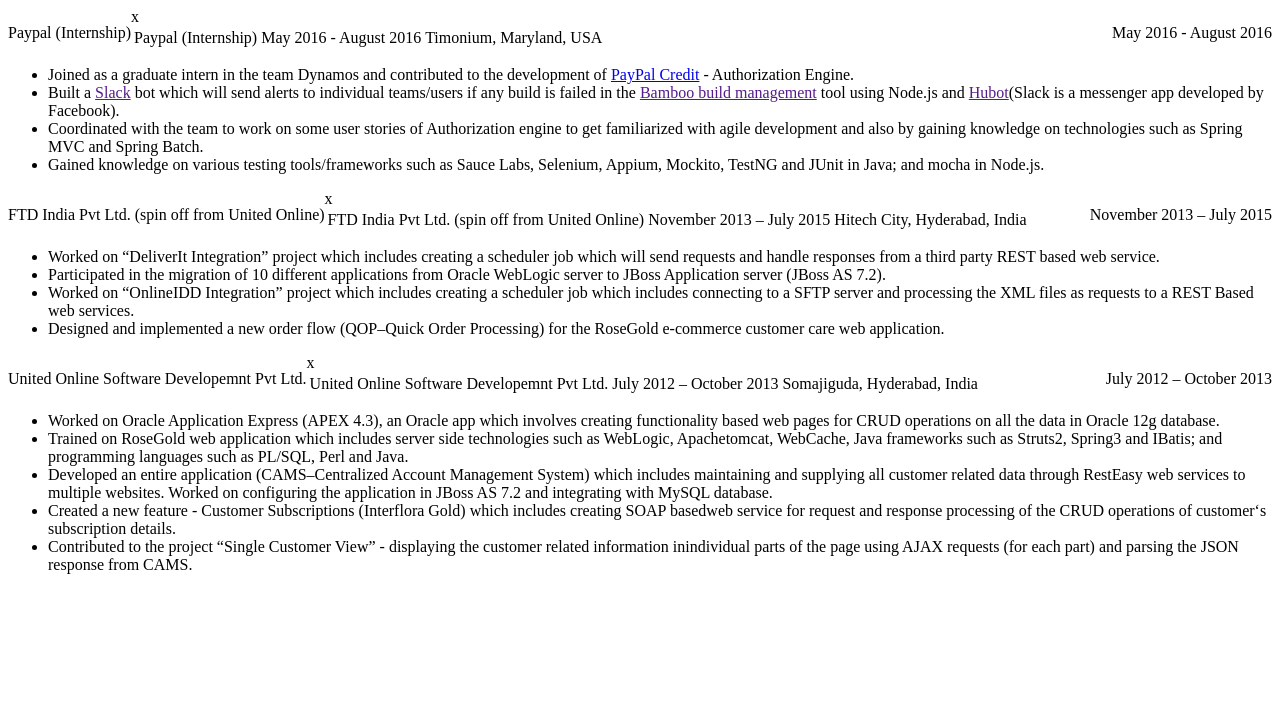
Repository: phanindrakannaji/Resume
Page: http://localhost/application/pages/experience.php
These files come from the project's save history. The page is drawn as it stood at one moment and after the next save; the edit follows.
The browser window is 1280 px wide. The pictures show the whole page.
The page is run by PHP 8.4 with error messages shown; the project is at /var/www/html/.

Above is the page before, as saved 2016-09-25 17:09:10.
Console error: ReferenceError: $ is not defined

### Resume/application/pages/experience.php
<script type="text/javascript"
	src="../resources/scripts/refreshScript.js"></script>
<div class="divExperience customfont2">
	<div class="divExperienceHeading">
		<p class="expHeading" style="float: left;">Paypal (Internship)</p>
		<p class="expHeadingContent" style="float: right;">May 2016 - August
			2016</p>
	</div>
	<div class="divExperienceWork modal">
		<div class="modal-content">
			<span class="close">x</span>
			<table>
				<tr>
					<td>Paypal (Internship)</td>
					<td>May 2016 - August 2016</td>
					<td>Timonium, Maryland, USA</td>
				</tr>
			</table>
			<ul>
				<li>Joined as a graduate intern in the team Dynamos and contributed
					to the development of <a
					href="https://en.wikipedia.org/wiki/PayPal_Credit" target="blank">PayPal
						Credit</a> - Authorization Engine.
				</li>
				<li>Built a <a href="" target="blank">Slack</a> bot which will send
					alerts to individual teams/users if any build is failed in the <a
					href="" target="blank">Bamboo build management</a> tool using
					Node.js and <a href="" target="blank">Hubot</a>(Slack is a
					messenger app developed by Facebook).
				</li>
				<li>Coordinated with the team to work on some user stories of
					Authorization engine to get familiarized with agile development and
					also by gaining knowledge on technologies such as Spring MVC and
					Spring Batch.</li>
				<li>Gained knowledge on various testing tools/frameworks such as
					Sauce Labs, Selenium, Appium, Mockito, TestNG and JUnit in Java;
					and mocha in Node.js.</li>
			</ul>
		</div>
	</div>
</div>

<div class="divExperience customfont2">
	<div class="divExperienceHeading">
		<p class="expHeading" style="float: left;">FTD India Pvt Ltd. (spin off from United Online)</p>
		<p class="expHeadingContent" style="float: right;">November 2013 –
			July 2015</p>
	</div>
	<div class="divExperienceWork modal">
		<div class="modal-content">
			<span class="close">x</span>
			<table>
				<tr>
					<td>FTD India Pvt Ltd. (spin off from United Online)</td>
					<td>November 2013 – July 2015</td>
					<td>Hitech City, Hyderabad, India</td>
				</tr>
			</table>


			<ul>
				<li>Worked on “DeliverIt Integration” project which includes
					creating a scheduler job which will send requests and handle
					responses from a third party REST based web service.</li>
				<li>Participated in the migration of 10 different applications from
					Oracle WebLogic server to JBoss Application server (JBoss AS 7.2).</li>
				<li>Worked on “OnlineIDD Integration” project which includes
					creating a scheduler job which includes connecting to a SFTP server
					and processing the XML files as requests to a REST Based web
					services.</li>
				<li>Designed and implemented a new order flow (QOP–Quick Order
					Processing) for the RoseGold e-commerce customer care web
					application.</li>
			</ul>
		</div>
	</div>
</div>

<div class="divExperience customfont2">
	<div class="divExperienceHeading">
		<p class="expHeading" style="float: left;">United Online Software Developemnt Pvt Ltd.</p>
		<p class="expHeadingContent" style="float: right;">July 2012 – October
			2013</p>
	</div>
	<div class="divExperienceWork modal">
		<div class="modal-content">
			<span class="close">x</span>
			<table>
				<tr>
					<td>United Online Software Developemnt Pvt Ltd.</td>
					<td>July 2012 – October 2013</td>
					<td>Somajiguda, Hyderabad, India</td>
				</tr>
			</table>
			<ul>
				<li>Worked on Oracle Application Express (APEX 4.3), an Oracle app
					which involves creating functionality based web pages for CRUD
					operations on all the data in Oracle 12g database.</li>
				<li>Trained on RoseGold web application which includes server side
					technologies such as WebLogic, Apachetomcat, WebCache, Java
					frameworks such as Struts2, Spring3 and IBatis; and programming
					languages such as PL/SQL, Perl and Java.</li>
				<li>Developed an entire application (CAMS–Centralized Account
					Management System) which includes maintaining and supplying all
					customer related data through RestEasy web services to multiple
					websites. Worked on configuring the application in JBoss AS 7.2 and
					integrating with MySQL database.</li>
				<li>Created a new feature - Customer Subscriptions (Interflora Gold)
					which includes creating SOAP basedweb service for request and
					response processing of the CRUD operations of customer‘s
					subscription details.</li>
				<li>Contributed to the project “Single Customer View” - displaying
					the customer related information inindividual parts of the page
					using AJAX requests (for each part) and parsing the JSON response
					from CAMS.</li>
			</ul>
		</div>
	</div>
</div>
<script type="text/javascript" src="../resources/scripts/experience.js"></script>

### Resume/resources/scripts/refreshScript.js
$(document).ready(function(){
	$("#commandInput").keypress(function(e){
		keypressInBox(e);
	});
	$("#commandInput").focus();
})

### Resume/resources/scripts/experience.js
$(document).ready(function(){
	$('.divExperienceHeading').click(function(){
		$(this).parent().children().last().css("display", "block");
	});
	var span = $(".close")[0];
	$(".close").click(function() {
	    $(this).parent().parent().css("display", "none");
	});
});

After the next save:
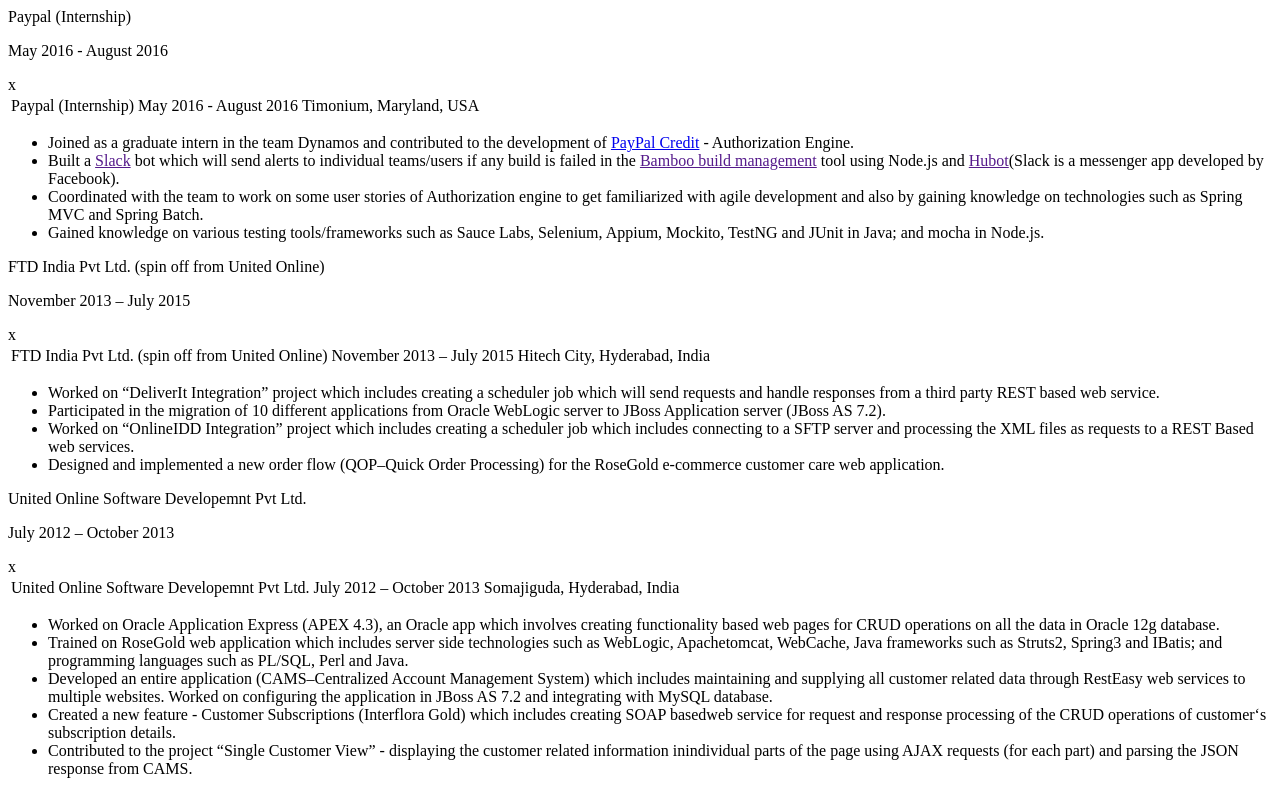
Saved 3 min 46 s later.
--- a/Resume/application/pages/experience.php
+++ b/Resume/application/pages/experience.php
@@ -2,8 +2,8 @@
 	src="../resources/scripts/refreshScript.js"></script>
 <div class="divExperience customfont2">
 	<div class="divExperienceHeading">
-		<p class="expHeading" style="float: left;">Paypal (Internship)</p>
-		<p class="expHeadingContent" style="float: right;">May 2016 - August
+		<p class="expHeading">Paypal (Internship)</p>
+		<p class="expHeadingContent">May 2016 - August
 			2016</p>
 	</div>
 	<div class="divExperienceWork modal">
@@ -42,8 +42,8 @@
 
 <div class="divExperience customfont2">
 	<div class="divExperienceHeading">
-		<p class="expHeading" style="float: left;">FTD India Pvt Ltd. (spin off from United Online)</p>
-		<p class="expHeadingContent" style="float: right;">November 2013 –
+		<p class="expHeading">FTD India Pvt Ltd. (spin off from United Online)</p>
+		<p class="expHeadingContent">November 2013 –
 			July 2015</p>
 	</div>
 	<div class="divExperienceWork modal">
@@ -78,8 +78,8 @@
 
 <div class="divExperience customfont2">
 	<div class="divExperienceHeading">
-		<p class="expHeading" style="float: left;">United Online Software Developemnt Pvt Ltd.</p>
-		<p class="expHeadingContent" style="float: right;">July 2012 – October
+		<p class="expHeading">United Online Software Developemnt Pvt Ltd.</p>
+		<p class="expHeadingContent">July 2012 – October
 			2013</p>
 	</div>
 	<div class="divExperienceWork modal">
